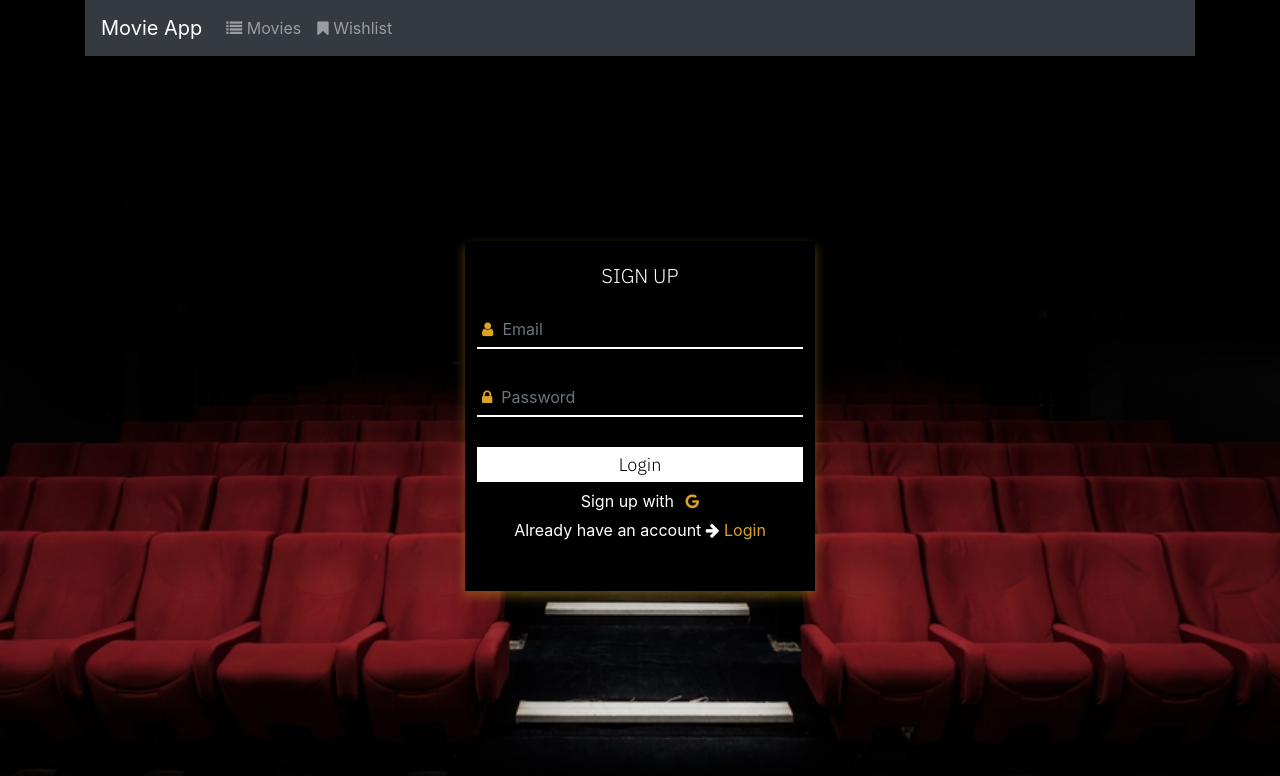
Repository: latenightsnacc/movie-db-app
Page: signUp.html
These files come from the project's save history. The page is drawn as it stood at one moment and after the next save; the edit follows.
The browser window is 1280 px wide. The pictures show the whole page.
The style sheet was rebuilt from its Sass, Less or Tailwind sources for each picture, by a compiler version that may differ from the author's.

Above is the page before, as saved 2020-06-17 11:39:36.
Console error (its wording comes from the project's code and is left out).

After the next save:
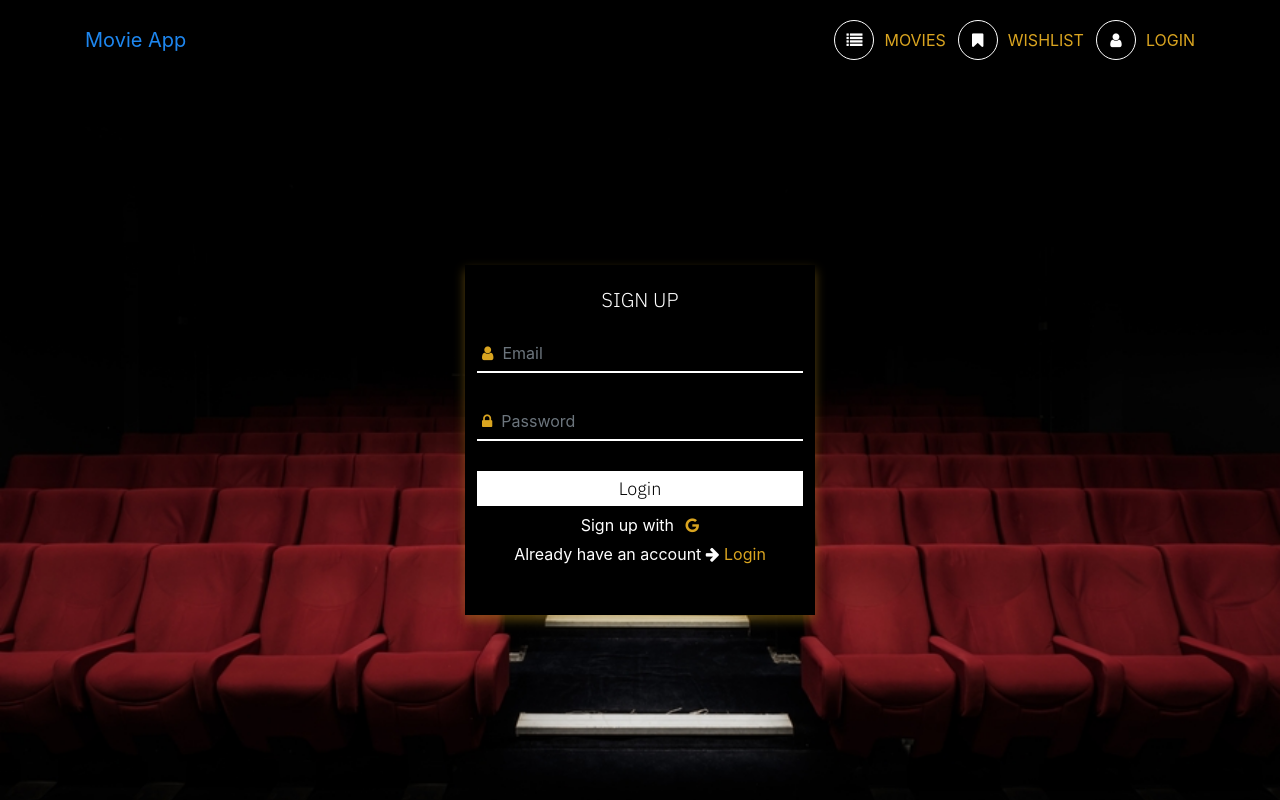
Saved 13 s later.
--- a/signUp.html
+++ b/signUp.html
@@ -14,30 +14,34 @@
     <title>Movie App</title>
 </head>
 <body>
-    <!--Header-->
+     <!--Header-->
     <header class="header">
         <div class="container">
-            <nav class="navbar navbar-expand-lg navbar-dark bg-dark">
+            <nav class="nav">
                 <!--Logo-->
-                <a class="navbar-brand" href="#">Movie App</a>
-                <button class="navbar-toggler" type="button" data-toggle="collapse" data-target="#navbarNavAltMarkup" aria-controls="navbarNavAltMarkup" aria-expanded="false" aria-label="Toggle navigation">
-                  <span class="navbar-toggler-icon"></span>
-                </button>
-                <div class="collapse navbar-collapse" id="navbarNavAltMarkup">
-                  <div class="navbar-nav">
-                    <a class="nav-item nav-link" href="#">
-                        <span>
+                <div class="logo">
+                    <a class="navbar-brand" href="index.html">Movie App</a>
+                </div>
+                <!--Navbar Items-->
+                <div class="navbar-items">
+                    <a class="item" href="index.html">
+                        <span class="nav-icon">
                             <i class="fa fa-list"></i>
                         </span>
-                        Movies
+                        <span class="menu-text">Movies</span>
                     </a>
-                    <a class="nav-item nav-link" href="#">
-                        <span>
+                    <a class= "item" href="wishlist.html">
+                        <span class="nav-icon">
                             <i class="fa fa-bookmark"></i>
                         </span>
-                        Wishlist
+                        <span class="menu-text">Wishlist</span>
                     </a>
-                  </div>
+                    <a class="item" href="login.html">
+                        <span class="nav-icon">
+                            <i class="fa fa-user"></i>
+                        </span>
+                        <span class="menu-text">Login</span>
+                    </a>
                 </div>
             </nav>
         </div>
